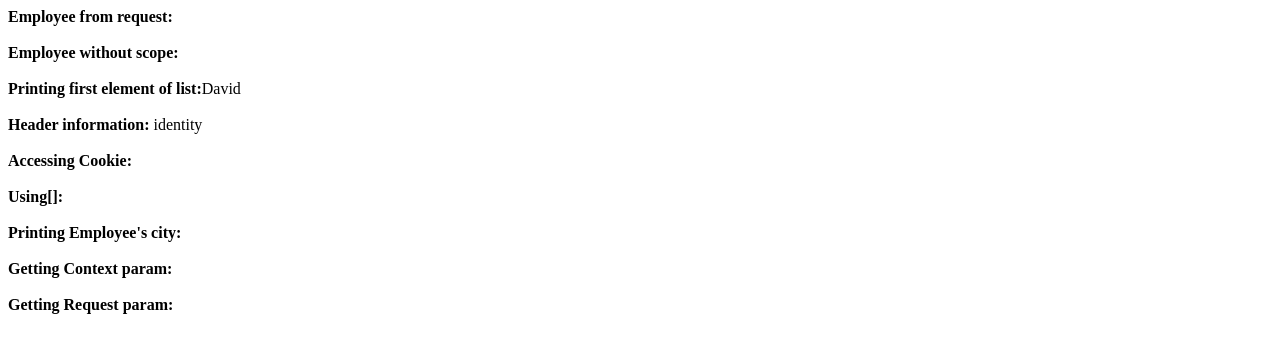
Repository: jayakumar721/projects
Page: http://localhost/WebInTags/home.jsp
The author's editor kept a copy of each file at every save. The page is drawn from the files as they stood at one save, then again after a run of saves.
The browser window is 1280 px wide. The pictures show the whole page.
The page is served by Tomcat 9. The template is opened directly, without the code that normally fills it, so the values that code supplies are empty.

Above is the page before, as saved 2017-11-22 10:27:08.

After the next 2 saves:
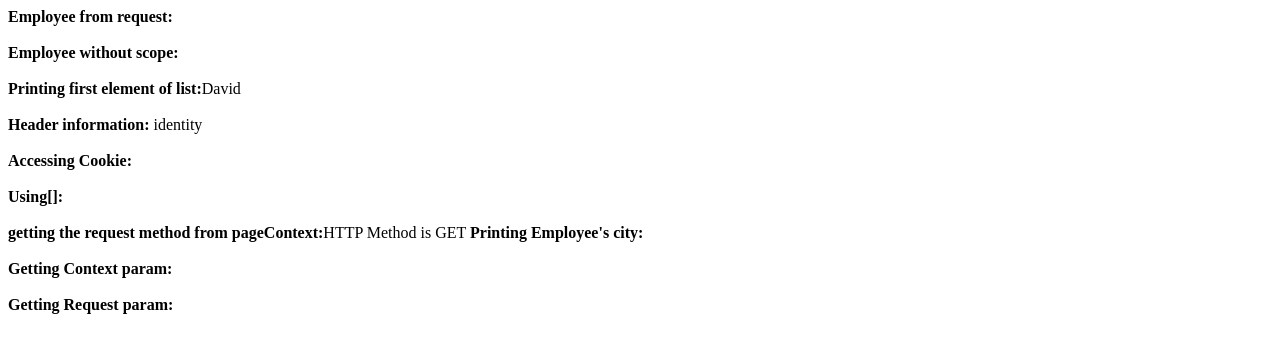
The 2 saves are shown as one change because they came seconds apart.
The last was saved 3 min 21 s later.
--- a/WebInTags/WebContent/home.jsp
+++ b/WebInTags/WebContent/home.jsp
@@ -34,6 +34,8 @@
 	<strong>Using[]:</strong>${applicationScope["User.Cookie"]}
 	<br>
 	<br>
+	<strong>getting the request method from pageContext:</strong>HTTP Method is
+	${pageContext.request.method}
 	<strong>Printing Employee's city:</strong>
 	${sessionScope.employee1.address.city }
 	<br>
